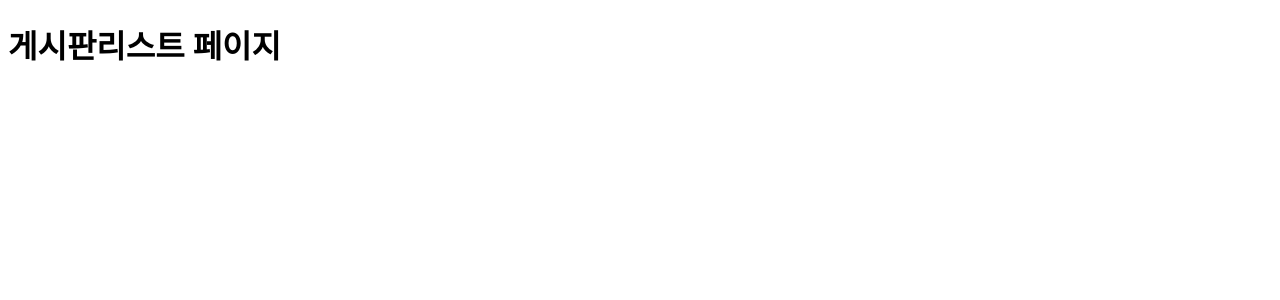
Repository: Hyerim-Ryu/Spring-
Page: http://localhost/SpringMVC01/boardList.do
An editor plug-in stored every save of this project. The page is shown before and after the next save, followed by the edit.
The browser window is 1280 px wide. The pictures show the whole page.
The page is served by Tomcat 9.

Above is the page before, as saved 2023-09-05 01:29:27.

After the next save:
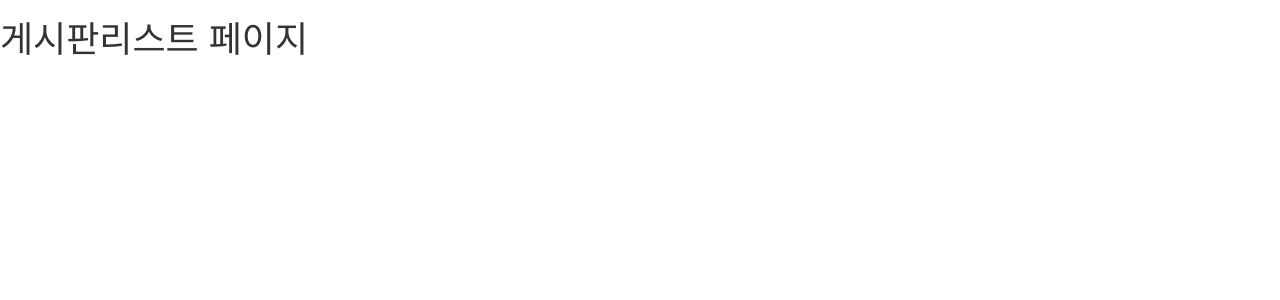
Saved 13 min 10 s later.
--- a/workspace.edu/SpringMVC01/src/main/webapp/WEB-INF/views/boardList.jsp
+++ b/workspace.edu/SpringMVC01/src/main/webapp/WEB-INF/views/boardList.jsp
@@ -5,6 +5,9 @@
 <head>
 <meta charset="UTF-8">
 <title>Insert title here</title>
+<link rel="stylesheet" href="https://maxcdn.bootstrapcdn.com/bootstrap/3.4.1/css/bootstrap.min.css">
+<script src="https://ajax.googleapis.com/ajax/libs/jquery/3.6.4/jquery.min.js"></script>
+<script src="https://maxcdn.bootstrapcdn.com/bootstrap/3.4.1/js/bootstrap.min.js"></script>
 </head>
 <body>
 	<h1>게시판리스트 페이지</h1>
